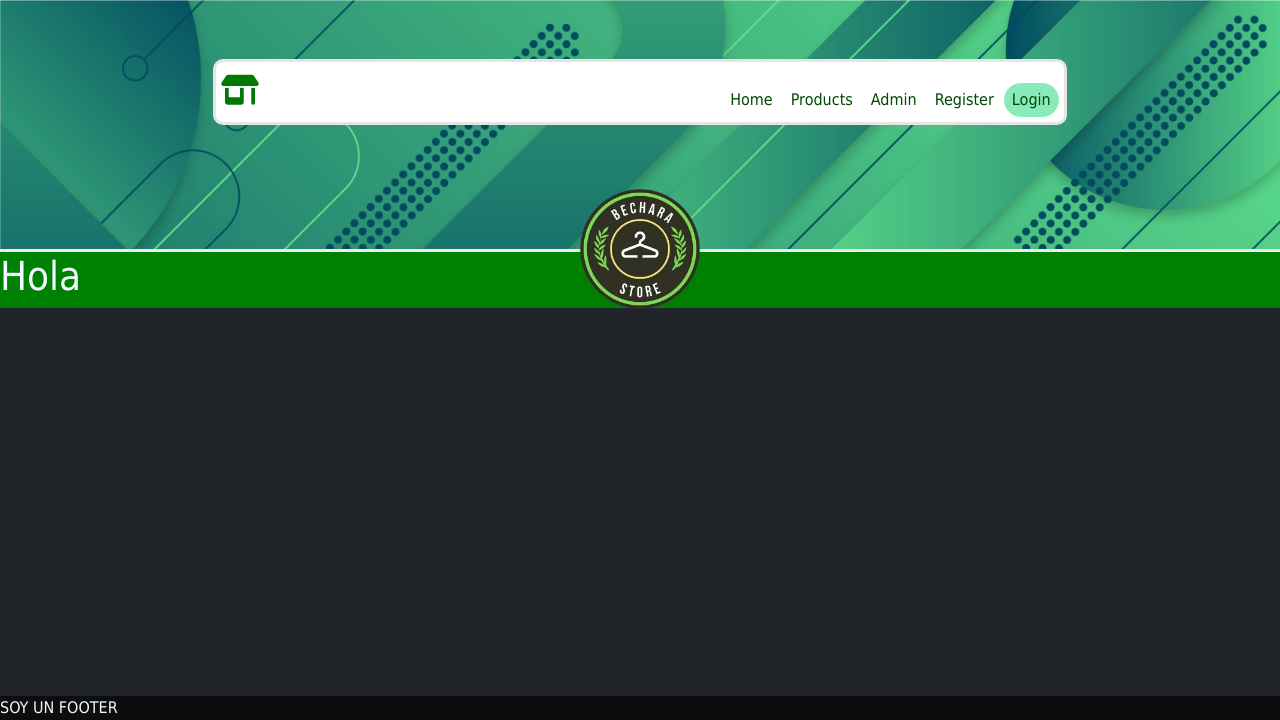
Repository: bechara611/becharastore
Page: /auth
An editor plug-in stored every save of this project. The page is shown before and after the next save, followed by the edit.
The browser window is 1280 px wide. The pictures show the whole page.
The project was rebuilt for these pictures with package versions that can differ from the ones it lists, and the page was loaded fresh each time. Also part of the build but not shown: src/Auth/components/Register.jsx.

Above is the page before, as saved 2023-01-27 15:16:55.

### public/index.html
<!DOCTYPE html>
<html lang="en">
  <head>
    <meta charset="utf-8" />
    <link rel="icon" href="%PUBLIC_URL%/favicon.ico" />
    <meta name="viewport" content="width=device-width, initial-scale=1" />
    <meta name="theme-color" content="#000000" />
    <meta
      name="description"
      content="Web site created using create-react-app"
    />
    <link rel="apple-touch-icon" href="%PUBLIC_URL%/logo192.png" />
    <link rel="preconnect" href="https://fonts.googleapis.com">
    <link rel="stylesheet" href="https://cdnjs.cloudflare.com/ajax/libs/font-awesome/6.2.1/css/all.min.css" integrity="sha512-MV7K8+y+gLIBoVD59lQIYicR65iaqukzvf/nwasF0nqhPay5w/9lJmVM2hMDcnK1OnMGCdVK+iQrJ7lzPJQd1w==" crossorigin="anonymous" referrerpolicy="no-referrer" />
<link rel="preconnect" href="https://fonts.gstatic.com" crossorigin>
<link rel="preconnect" href="https://fonts.googleapis.com">
<link rel="preconnect" href="https://fonts.gstatic.com" crossorigin>
<link href="https://fonts.googleapis.com/css2?family=Montserrat:ital,wght@0,100;0,200;0,300;0,400;0,500;0,600;0,700;0,800;0,900;1,100;1,200;1,300;1,500;1,700;1,800;1,900&family=Shadows+Into+Light&display=swap" rel="stylesheet">
    <!--
      manifest.json provides metadata used when your web app is installed on a
      user's mobile device or desktop. See https://developers.google.com/web/fundamentals/web-app-manifest/
    -->
    <link rel="manifest" href="%PUBLIC_URL%/manifest.json" />
    <!--
      Notice the use of %PUBLIC_URL% in the tags above.
      It will be replaced with the URL of the `public` folder during the build.
      Only files inside the `public` folder can be referenced from the HTML.

      Unlike "/favicon.ico" or "favicon.ico", "%PUBLIC_URL%/favicon.ico" will
      work correctly both with client-side routing and a non-root public URL.
      Learn how to configure a non-root public URL by running `npm run build`.
    -->

<link href="https://cdn.jsdelivr.net/npm/bootstrap@5.2.3/dist/css/bootstrap.min.css" rel="stylesheet" >


  </head>
  <body>
    <noscript>You need to enable JavaScript to run this app.</noscript>
    <div id="root"></div>
    <!--
      This HTML file is a template.
      If you open it directly in the browser, you will see an empty page.

      You can add webfonts, meta tags, or analytics to this file.
      The build step will place the bundled scripts into the <body> tag.

      To begin the development, run `npm start` or `yarn start`.
      To create a production bundle, use `npm run build` or `yarn build`.
    -->
    <script src="https://cdn.jsdelivr.net/npm/bootstrap@5.2.3/dist/js/bootstrap.bundle.min.js" integrity="sha384-kenU1KFdBIe4zVF0s0G1M5b4hcpxyD9F7jL+jjXkk+Q2h455rYXK/7HAuoJl+0I4" crossorigin="anonymous"></script>
  </body>

</html>

### src/index.js
import React from 'react';
import ReactDOM from 'react-dom/client';
import './index.css';
import {App} from './App';
import { BrowserRouter } from 'react-router-dom';
import 'animate.css';

const root = ReactDOM.createRoot(document.getElementById('root'));
root.render(
    <BrowserRouter>
    <App />
    </BrowserRouter>
);

### src/index.css

:root {
    --verde1: rgb(2, 74, 2);
    --verde2:rgb(1, 120, 1);
    --verde3:rgb(23, 215, 119,.5);
  }


*{
    color: aliceblue;
    /* font-family: 'Montserrat', sans-serif; */
    font-family: 'Droid Sans', Tahoma, Geneva, Verdana, sans-serif;

}

.fondito{
    background: red;
}
.fondito2{
    background: purple;
}

### src/App.jsx
import React from 'react'
import { Caparazon } from './UI/Components/Caparazon'
import { ContenedorPrincipal } from './UI/Components/ContenedorPrincipal'
import { Header } from './UI/Components/Header'
import { Footer } from './UI/Components/Footer'
import { MainCuerpo } from './UI/Components/MainCuerpo'
export const App = () => {
  return (
    <>
      {/*Primero el caparazon de la pagina, que es un div que tiene un 100vh de altura, el cual en el obtiene a sus children:
    esto children son el Header ocupando el 30vh y el Contenedor Principal ocupando el 70vh restante.
  */}
      <Caparazon>
        <Header></Header>
        <ContenedorPrincipal> {/*El contenedor principal a su vez lleva sus hijos dos elementos, el footer que le pusimos absolute para ubicarlo de ultimo y el MainCuerpo que tienes las rutas */}
          <MainCuerpo></MainCuerpo>{/*Este MainCuerpo tiene las rutas de la aplicacion, es el main de la pagina y lo que va a cambiar dependiendo donde estemos */}


          <Footer></Footer>  {/*Este es el footer que utilizamos para el pie de pagina, tiene posicion absolute como dije anteriormnete */}
        </ContenedorPrincipal>


      </Caparazon>
    </>

  )
}

### src/UI/Components/Caparazon.jsx
import React from 'react'
import './Caparazon.css'
export const Caparazon = ({ children }) => {
    return (
        <>
{/*Caparazon princiapal donde el mismo tiene un flex en colum, adentro tiene sus hijos que son un div que
ocupe el 70vh donde eesta todo lo demas y el 30vh primero es del header */}
            <div className='caparazonPrincipal bg-dark'>

                {children}

            </div>
        </>
    )
}

### src/UI/Components/ContenedorPrincipal.jsx
import React from 'react'
import './ContenedorPrincipal.css'
export const ContenedorPrincipal = ({ children }) => {
  return (
    <div className='ContenedorPrincipal'>
    {/*Aca de hijos tendran las rutas para verse en el medio y el footer, este tiene un position relative para que su hijo footer pueda
  ubicarse en la parte de abajo */}
      {children}
    </div>
  )
}

### src/UI/Components/Header.jsx
import React from 'react'
import './Header.css'
import { MenuNavbar } from './MenuNavbar'
import brand from './../../img/brand2.png'


export const Header = () => {
  return (
    <>
      {/*El header ocupa el 30vh de la pagina, el primer div lo tiene, aca se incorpora el nav y el logo. */}
      <div className="header">
        <div className="col-12">


          <MenuNavbar></MenuNavbar>
          <div className="row">
            <div className="col-12 filaLogoHeader">
              <img src={brand} className='brand animate__animated animate__flip' id='brand' alt="brand" />

            </div>
          </div>

        </div>

      </div>



    </>
  )
}

### src/UI/Components/Footer.jsx
import React from 'react'
import './Footer.css'
export const Footer = () => {
  return (
    <>
    {/*Aca este footer le estamos colocando una posicion absolute y a su padre relativa para poder ubicarlo al final de su div padre */}
    <div className="footer col-12">SOY UN FOOTER</div>
    </>

  )
}

### src/UI/Components/MainCuerpo.jsx
import React from 'react'
import { RouterApp } from '../../router/Routes'
import './MainCuerpo.css'

export const MainCuerpo = () => {

  return (
    <>
    {/*Aca se guardan las rutas como tal de la aplicacion y es llamado adentro de contenedorPrincipal */}
    <RouterApp></RouterApp>
    </>
    )
}

### src/UI/Components/Caparazon.css
/*Estilos del caparazon como tal principal*/
    /*Aca colocamos que el caparazonPrincipal ocupa toda la pantalla, y una direccion en column para que el header sea de 30vh y el resto el otro div  */
.caparazonPrincipal{
    display: flex;
    flex-direction: column;
    justify-content: space-between;
    min-height: 100vh;

}

### src/UI/Components/ContenedorPrincipal.css
/*Aca al contenedor ponemos positionRelative para que el footer pueda tener una posicion absoluta y se pueda posicionar al final*/
.ContenedorPrincipal{
    min-height: 65vh;

    position: relative;
}

### src/UI/Components/Header.css
.header {
    display: flex;
    background: rgb(157, 240, 194) url("./../../img/Header2.jpg");
    background-color: rgb(18, 18, 18);
    background-repeat: no-repeat;
    background-attachment: fixed;
    background-size: cover;
    background-position: top center;
    min-height: 30%;
    height: 35vh;
    max-height: 35vh;
    width: 100%;
    min-width: 100%;
    position: relative;
    border-bottom: 3px solid rgb(244, 233, 233);
}

/*Aca estoy posicion en el medio el logo como tal del header y luego abajo le pongo una posicion absolute para moverlo*/
.filaLogoHeader {
    display: flex;
    flex-direction: row;
    justify-content: center;

}

.brand {
    width: 150px;
    height: 150px;
    max-height: 150px;
    max-width: 150px;
    min-height: 150px;
    position: absolute;
    bottom: -30%;
  z-index: 1000;

}

/*?RESPONSIVE*/


@media(max-width:500px){

    .brand {
        width: 120px;
        height:120px;
        max-height: 120px;
        max-width: 120px;
        min-height: 120px;
        position: absolute;
        bottom: 0%;

    }
}

### src/UI/Components/MenuNavbar.jsx
import React from 'react'
import { NavLink } from 'react-router-dom';
import { Animacionlogo } from '../helper/AnimacionAlLogo';
import './MenuNavbar.css'

export const MenuNavbar = () => {
    return (
        <>
            {/**Aca va el navBar de la aplicacion que tendra el menu */}
            <div className="col-12 contenedor-nav">
                <nav className="navbar navbar-expand-md  menunav col-8 ">


                  <NavLink to={'/'}> <i className="fa-solid fa-shop marca"></i></NavLink>


                    <button
                        className="navbar-toggler"
                        type="button"
                        data-bs-toggle="collapse"
                        data-bs-target="#navbarNavAltMarkup"
                        aria-controls="navbarNavAltMarkup"
                        aria-expanded="false"
                        aria-label="Show / Hide Menu"
                    >
                        <span className="navbar-toggler-icon"></span>
                    </button>
                    <div className="collapse navbar-collapse mt-3" id="navbarNavAltMarkup">
                        <div className="navbar-nav col-12  contenedor-interno-nav">
                            <NavLink className={ ({isActive}) => `nav-item nav-link  ${ isActive ? 'activeLink':'' }` } to={'/'} onClick={()=>Animacionlogo()}>
                            Home</NavLink>

                            <NavLink className={ ({isActive}) => `nav-item nav-link  ${ isActive ? 'activeLink':'' }` } to={'/Products'} onClick={()=>Animacionlogo()}>Products</NavLink>
                            <NavLink className={ ({isActive}) => `nav-item nav-link  ${ isActive ? 'activeLink':'' }` } to={'/admin'} onClick={()=>Animacionlogo()}>Admin</NavLink>
                            <NavLink className={ ({isActive}) => `nav-item nav-link  ${ isActive ? 'activeLink':'' }` } to={'/Register'} onClick={()=>Animacionlogo()}>Register</NavLink>
                            <NavLink className={ ({isActive}) => `nav-item nav-link   ${ isActive ? 'activeLink':'' }` } to={'/auth'} onClick={()=>Animacionlogo()}>Login</NavLink>
                            </div>
                    </div>
                </nav>
            </div>
        </>
    )
}

### src/UI/Components/Footer.css
.footer{
    background: rgb(13, 13, 14);
    position: absolute;
    bottom: 0%;

}

### src/router/Routes.jsx
import React from 'react'
import { Navigate, Route, Routes } from 'react-router-dom'
import { Login } from '../Auth/components/Login'
import { Register } from '../Auth/components/Register'

/*Este componente es nuestro router, que segun la URL donde estemos mostrada:
1) Una pagina Home
2) Pagina de registro
3) Pagina de login
4) Pagina de Productos
*/

export const RouterApp = () => {
  return (
    <Routes>
    <Route path='/' element={<h1>Home</h1>}></Route>
    <Route path='/auth' element={<Login></Login>}></Route>
    <Route path='/Register' element={<Register></Register>}></Route>
    <Route path='/Products' element={<h1>Productos</h1>}></Route>
    <Route path='/admin' element={<h1>Admin</h1>}></Route>
    <Route path='/*' element={<Navigate to={'/'}></Navigate>}></Route>
    </Routes>
  )
}

### src/UI/helper/AnimacionAlLogo.js
export const Animacionlogo=()=>{
    const elemento= document.getElementById('brand');
    elemento.classList.remove('animate__flip')

    setTimeout(() => {
     elemento.classList.add('animate__flip')
    }, 200);
    return true;
}

### src/UI/Components/MenuNavbar.css
.contenedor-nav {
    position: fixed;
    display: flex;
    flex-direction: row;
    justify-content: center;
    align-self: center;
    align-items: center;
    position: absolute;
    bottom: 50%;
    z-index: 2;

}
.marca{
 font-size: 30px;
 color: black;
 color: var(--verde2);
 padding-right: 10px;

}

.menunav {
    background: rgba(255, 255, 255, 1);
    border-radius: 10px;
    padding: 5px;
    border: 3px solid rgba(205, 204, 200, 0.5);
    flex-wrap: wrap;
    display: flex;

}

/*Esta parte es el contenedor que tiene el navbar de los navLink es decir, menu como tal.
Estoy diciendo que normalmente estaran a la derecha.
*/
.contenedor-interno-nav {
    display: flex;
    flex-direction: row;
    justify-content: flex-end;
    flex-wrap: wrap;

}
/*Diseno a los links como tal*/
.nav-link{
    margin-left: 2px;
    color: var(--verde1);
    font-weight: 400;
    background: rgb(44, 232, 138,0);
    border-radius: 30px;
    padding: 5px;

}
.nav-link:hover{
   color: var(--verde2)

}
.activeLink{  background: var(--verde3);
    border-radius: 30px;}

/**-----------------------------------------------------------------------------*/

/*?RESPONSIVE*/

/*Para este apartado cuando llegue a cierto tamaño como tal el nav se pondra mas abajo para que al darle al boton se abra y se pueda apreciar y no quede muy arriba*/
@media(max-width:500px) {
    .contenedor-nav {
       position: sticky;

    }
    /*Aca haces que el navBar tenga todo el tamaño al llegar a dispositivos pequeños*/
    .menunav {
        width: 100%;

    }
}

/*SERIE DE RESPONSIVES A LOS PADDING DE LAS OPCIONES DEL MENU*/

@media(max-width:375px){
    .nav-link{
        margin-left: 5px;
    }
}

@media(max-width:262px){
    .nav-link{
        margin-left: 10px;
    }
    .menunav{
        justify-content: center;
        text-align: center;
        align-items: center;
        align-self: center;
    }
}

/*Necesidad de que el nav el menu se pongan o separados o uno debajo del otro cuando se active el boton del collapse*/
@media(max-width:992px) {
    .contenedor-interno-nav {
        justify-content: space-around;
    }
}

### src/Auth/components/Login.jsx
import React from 'react'
import './Login.css'
export const Login = () => {
  return (
    <>
    <div className="contenedor-login">
    <h1>Hola</h1>

    </div>
    </>
  )
}

### src/Auth/components/Login.css
.contenedor-login{
    display: flex;
    height: 100%;
    background: green;
    min-height: 100%;
    width: 100%;
    min-width: 100%;
}

Loaded but not shown: src/UI/Components/MainCuerpo.css (no stored copy; drawn as an empty file)

After the next save:
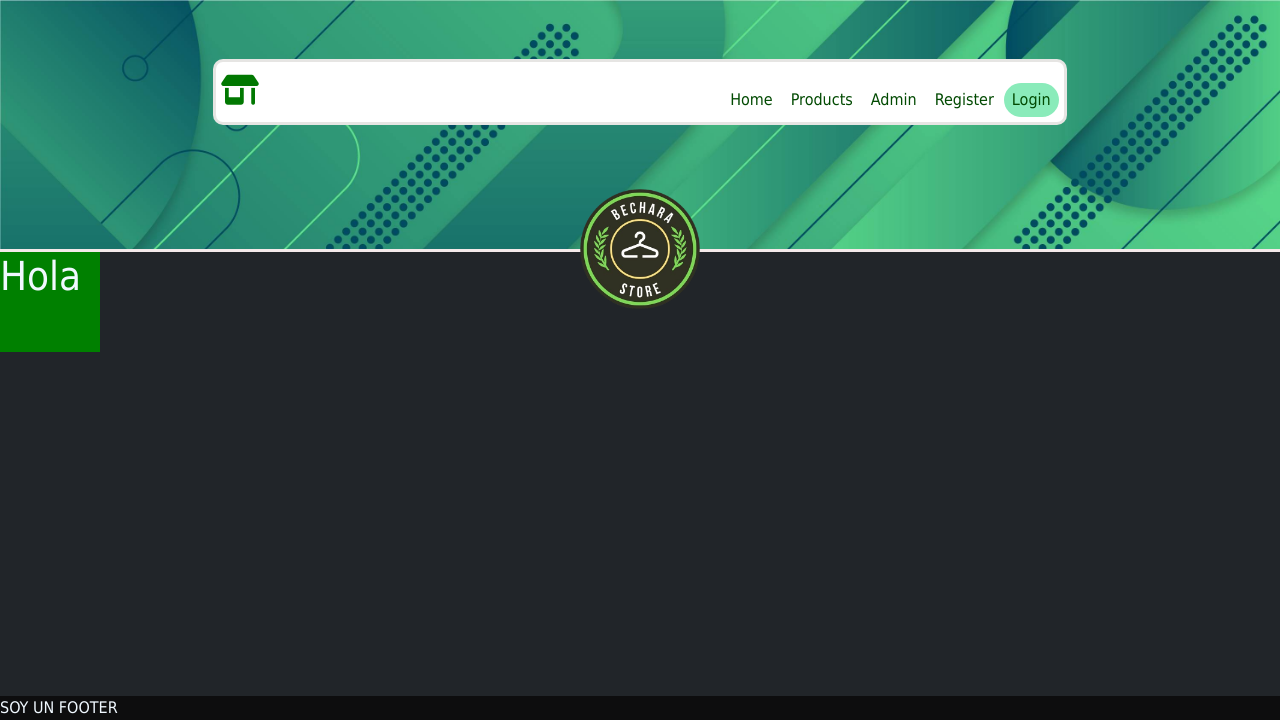
Saved 18 s later.
--- a/src/Auth/components/Login.css
+++ b/src/Auth/components/Login.css
@@ -1,8 +1,8 @@
 .contenedor-login{
     display: flex;
-    height: 100%;
+    height: 100px;
     background: green;
     min-height: 100%;
-    width: 100%;
-    min-width: 100%;
+    width: 100px;
+    min-width: 100px;
 }

After the save that followed:
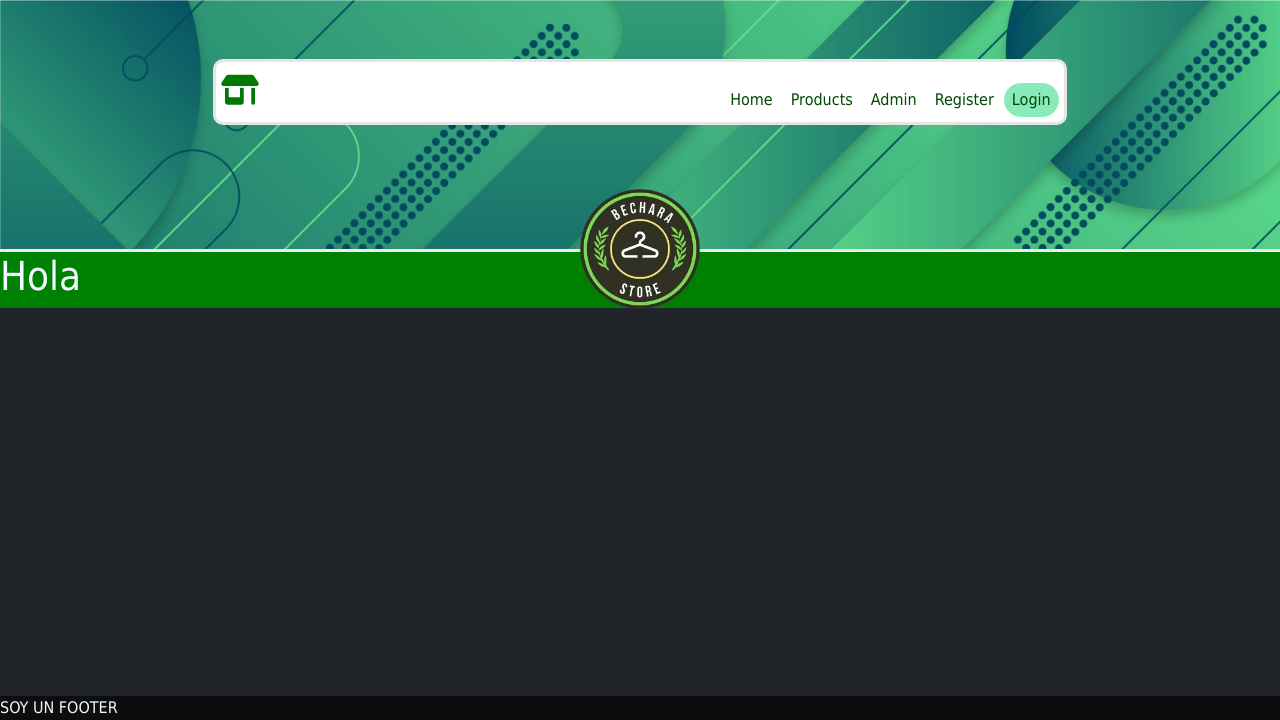
Saved 5 s later.
--- a/src/Auth/components/Login.css
+++ b/src/Auth/components/Login.css
@@ -1,8 +1,8 @@
 .contenedor-login{
     display: flex;
-    height: 100px;
+    height: 100%;
     background: green;
     min-height: 100%;
-    width: 100px;
-    min-width: 100px;
+    width: 100%;
+    min-width: 100%;
 }
